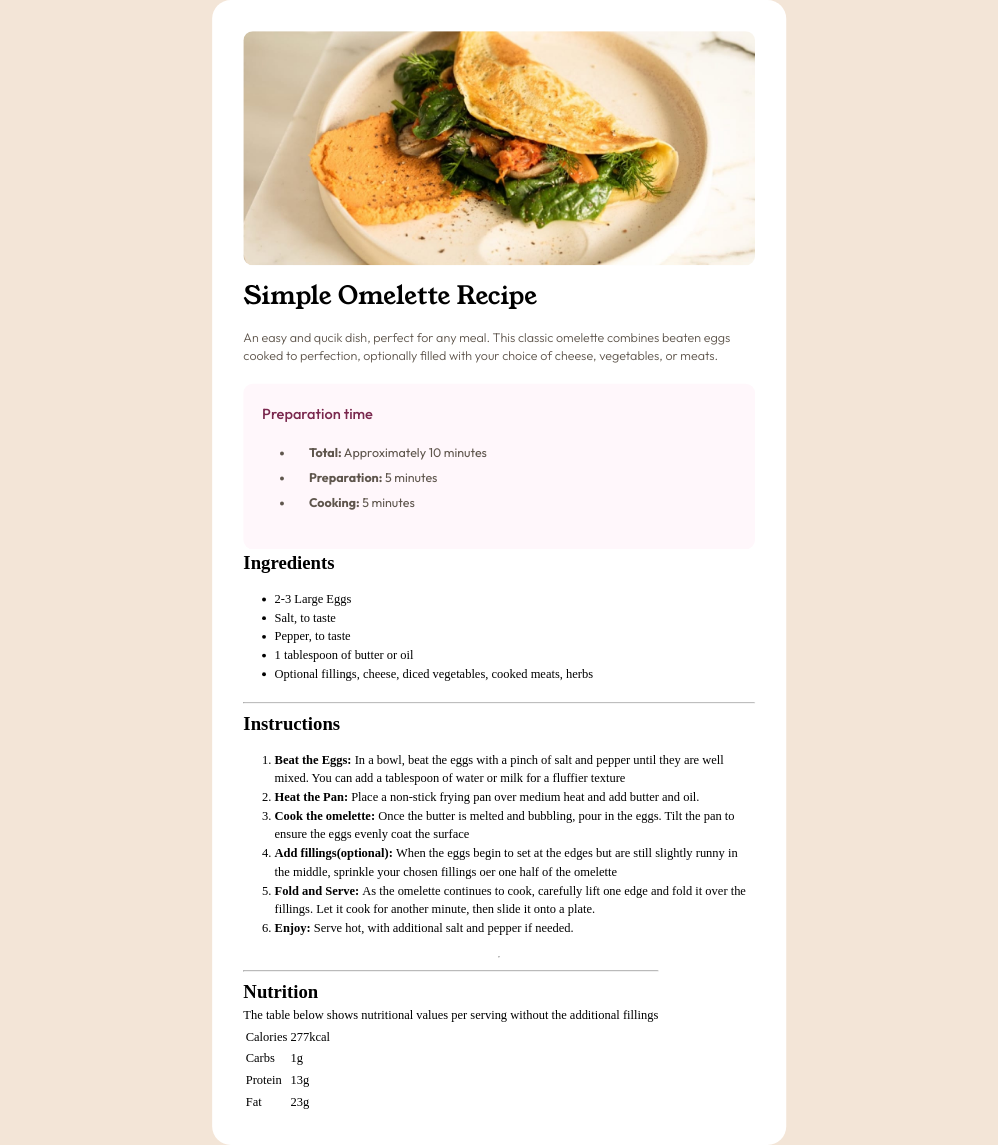
Repository: brandontaylor1/recipe-page
Page: index.html
An editor plug-in stored every save of this project. The page is shown before and after the next save, followed by the edit.
The browser window is 1280 px wide. The pictures show the whole page, at 78% of full size.

Above is the page before, as saved 2025-01-07 22:33:26.

### index.html
<!DOCTYPE html>
<html lang="en">
<head>
    <meta charset="UTF-8">
    <meta name="viewport" content="width=device-width, initial-scale=1.0">
    <link rel="preconnect" href="https://fonts.googleapis.com">
    <link rel="preconnect" href="https://fonts.gstatic.com" crossorigin>
    <link href="https://fonts.googleapis.com/css2?family=Outfit:wght@100..900&family=Young+Serif&display=swap" rel="stylesheet">
    <link rel="stylesheet" href="styles.css">
    <title>Recipe Page</title>
</head>
<body>
    <main class="container">
        <div class="recipe-card">
            <div class="recipe-title-content">
                <img src="./assets/images/image-omelette.jpeg" alt="recipe-image">
                <h1>Simple Omelette Recipe</h1>
                <p>An easy and qucik dish, perfect for any meal. This classic omelette combines beaten eggs cooked to perfection, optionally filled with your choice of cheese, vegetables, or meats. </p>
            </div>
            <div class="preparation-container">
                <h3>Preparation time</h3>
                <ul class="preparation-time">
                    <li><strong>Total:</strong> Approximately 10 minutes</li>
                    <li><strong>Preparation:</strong> 5 minutes</li>
                    <li><strong>Cooking:</strong> 5 minutes</li>
                </ul>
            </div>
            <div class="ingredients-container">
                <h2>Ingredients</h2>
                <ul class="ingredients-list">
                    <li>2-3 Large Eggs</li>
                    <li>Salt, to taste</li>
                    <li>Pepper, to taste</li>
                    <li>1 tablespoon of butter or oil</li>
                    <li>Optional fillings, cheese, diced vegetables, cooked meats, herbs</li>
                </ul>
            </div>
            <div class="instructions-container">
                <hr>
                <h2>Instructions</h2>
                <ol class="instructions-list">
                    <li><strong>Beat the Eggs: </strong> In a bowl, beat the eggs with a pinch of salt and pepper until they are well mixed. You can add a tablespoon of water or milk for a fluffier texture</li>
                    <li><strong>Heat the Pan: </strong> Place a non-stick frying pan over medium heat and add butter and oil.</li>
                    <li><strong>Cook the omelette: </strong> Once the butter is melted and bubbling, pour in the eggs. Tilt the pan to ensure the eggs evenly coat the surface</li>
                    <li><strong>Add fillings(optional): </strong> When the eggs begin to set at the edges but are still slightly runny in the middle, sprinkle your chosen fillings oer one half of the omelette</li>
                    <li><strong>Fold and Serve: </strong> As the omelette continues to cook, carefully lift one edge and fold it over the fillings. Let it cook for another minute, then slide it onto a plate.</li>
                    <li><strong>Enjoy: </strong> Serve hot, with additional salt and pepper if needed.</li>

            </div>
            <hr>
            <div class="nutrition-container">
                <hr>
                <h2>Nutrition</h2>
                <p>The table below shows nutritional values per serving without the additional fillings</p>
                <table>
                    <tr>
                        <td>Calories</td>
                        <td>277kcal</td>
                    </tr>
                    <tr>
                        <td>Carbs</td>
                        <td>1g</td>
                    <tr>
                        <td>Protein</td>
                        <td>13g</td>
                    </tr>
                    <tr>
                        <td>Fat</td>
                        <td>23g</td>
                </table>

            </div>
        </div>


    </main>



    <script src="index.js"></script>
</body>
</html>

### styles.css
*,
*::before,
*::after {
    box-sizing: border-box;
}

body,
h1,
h2,
h3,
h4,
h5,
h6,
p,
figure,
picture {
    margin: 0;
}

body {
    line-height: 1.5;
    min-height: 100vh;
}

img,
picture {
    max-width: 100%;
    display: block;
}

input,
button,
textarea,
select {
    font: inherit;
}

@media (prefers-reduced-motion: reduce) {
    *,
    *::before,
    *::after {
      animation-duration: 0.01ms !important;
      animation-iteration-count: 1 !important;
      transition-duration: 0.01ms !important;
      scroll-behavior: auto !important;
    }
  }

  /* UTILITY CLASSES */
  /* .flex{
    display: flex;
    gap: var(--gap, 1rem);
  }

  .grid {
    display: grid;
    gap: var(--gap, 1rem);
  }

  .container {
    padding: 0 2rem;
    margin: 0 auto;
    max-width: 80rem;
  }

  .sr-only {
    position: absolute;
    width: 1px;
    height: 1px;
    padding: 0;
    margin: -1px;
    overflow: hidden;
    clip: rect(0, 0, 0, 0);
    white-space: nowrap;
    border-width: 0;
  }

  .backgroundColor {
    background-color: var(--color-rose-50);
  } */




:root {
    /* COLORS */
    --color-rose-800: #7A284E;
    --color-rose-50: #FFF7FB;

    --color-stone-900: #312E2C;
    --color-stone-600: #5F564D;
    --color-stone-150: #E3DDD7;
    --color-stone-100: #F3E5D7;

    --color-brown-800: #854632;

    --color-white: #FFFFFF;
    --color-black: #000000;

    /* FONTS */
    /* @font-face {
        font-family: "YoungSerif-Regular", sans-serif;
        src: url(./fonts/YoungSerif-Regular.ttf) format('ttf');
    }

    @font-face {
        font-family: "Outfit-SemiBold", sans-serif;
        src: url(./fonts/Outfit-SemiBold.ttf) format('ttf');
    }

    @font-face {
        font-family: "Outfit-Bold", sans-serif;
        src: url(./fonts/Outfit-Bold.ttf) format('ttf');
    }

    @font-face {
        font-family: "Outfit-Regular", sans-serif;
        src: url(./fonts/Outfit-Regular.ttf) format('ttf');
    } */

    /* FONT SIZES */
    /* --fs-h1: 9.375rem;
    --fs-h2: 1.75rem;
    --fs-h3: 1.25rem;
    --fs-p: 1rem; */

}

.container {
    display: flex;
    flex-direction: column;
    align-items: center;
    justify-content: center;
    padding: 0 2rem;
    margin: 0 auto;
    max-width: 80rem;
    background-color: var(--color-stone-100);

}

.recipe-card {
    display: flex;
    flex-direction: column;
    align-items: flex-start;
    justify-content: space-between;
    width: 736px;
    padding: 40px;
    background-color: var(--color-white);
    border-radius: 24px;

}

.recipe-card img {
    width: 100%;
    border-radius: 12px;
}

.recipe-card h1 {
    padding: 1rem 0;
    font-family: "Young Serif", sans-serif;
    font-weight: 200;
}

.recipe-title-content p {
    color: var(--color-stone-600);
    font-family: "Outfit", sans-serif;
    font-size: 16px;
    font-weight: 300;
    line-height: 24px;
}

.preparation-container {
    display: flex;
    flex-direction: column;
    align-items: flex-start;
    width: 100%;
    margin-top: 24px;
    padding: 24px;
    border-radius: 12px;;
    background-color: var(--color-rose-50);
}

.preparation-container h3 {
    font-family: "Outfit", sans-serif;
    font-weight: 500;
    color: var(--color-rose-800);
}

.preparation-container p {
    font-family: "Outfit", sans-serif;
}

.preparation-time li {
    font-family: "Outfit", sans-serif;
    color: var(--color-stone-600);
    font-size: 16px;
    font-weight: 400;
    line-height: 24px;
    margin: 8px 0;
    padding-left: 20px;
}

.preparation-time li strong {
    font-family: "Outfit", sans-serif;
    font-weight: 700;
    font-size: 16px;
    color: var(--color-stone-600);
    line-height: 24px;
}

Loaded but not shown: index.js (common file)

After the next save:
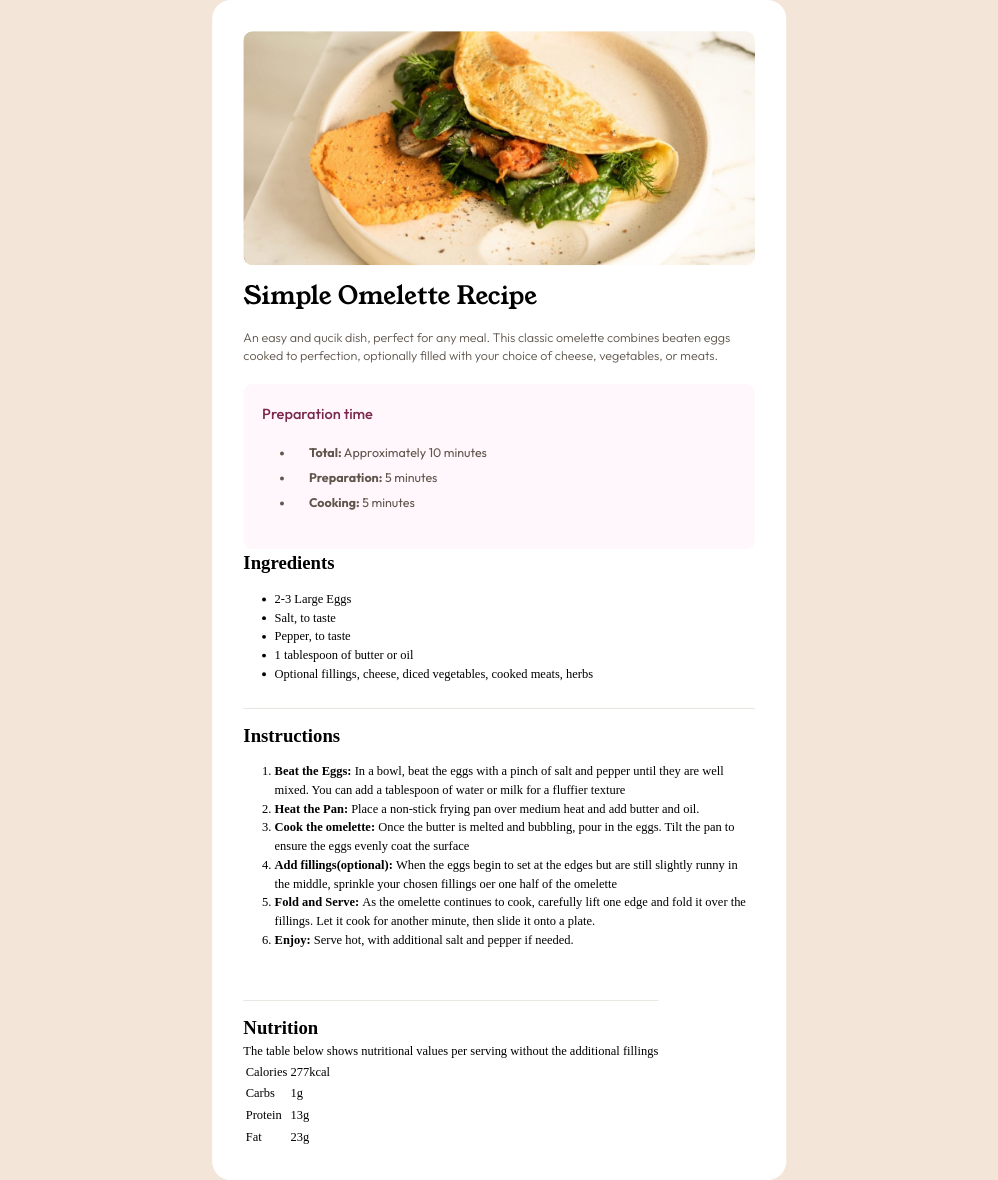
Saved 36 s later.
--- a/styles.css
+++ b/styles.css
@@ -126,6 +126,12 @@ select {
 
 }
 
+hr {
+    border: 0;
+    border-top: 1px solid var(--color-stone-150);
+    margin: 1rem 0;
+}
+
 .container {
     display: flex;
     flex-direction: column;
